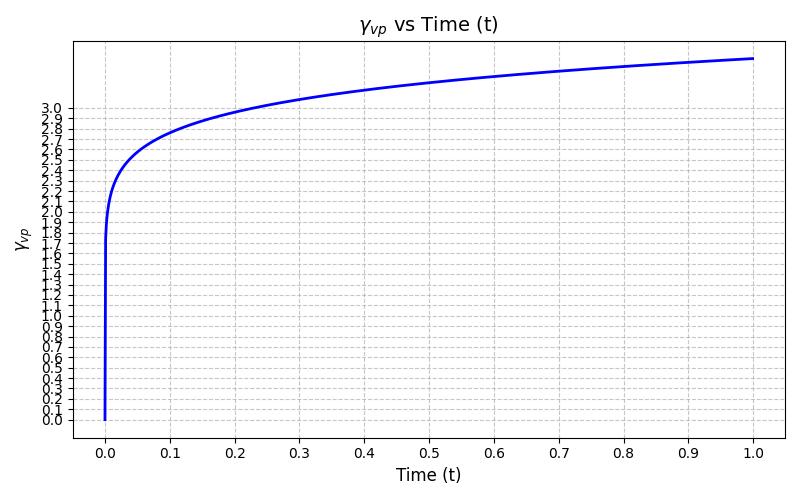
Repository: ajacquey/beaver
Script's output: python examples/viscoelasticity/Lemaitre/Lemaitre_analytical/Lemaitre_analytical.py
These files come from the project's save history. The script's output is drawn as it stood at one moment and after the next save; the edit follows.
Random numbers start from a fixed seed.

Above is the script's output before, as saved 2025-05-28 13:05:24.

### examples/viscoelasticity/Lemaitre/Lemaitre_analytical/Lemaitre_analytical.py
import numpy as np
import matplotlib.pyplot as plt
from openpyxl import Workbook

def calculate_gamma_vp(t, A_r=1, T_r=289, T=289, q=2, A_2=1, alpha=0.1, beta=1.48):
    """Calculate the analytical solution for gamma_vp"""
    exponent = A_r * ((1 / T_r) - (1 / T))
    numerator = 1-alpha * np.exp(exponent)
    denominator = alpha
    first_term = (numerator / denominator) ** alpha
    second_term = (q / A_2) ** beta
    return first_term * second_term * (t ** alpha)

# Time range from 0 to 1 with step 0.1
t_values = np.arange(0, 1.0, 0.001)

# Calculate gamma_vp for each time point
gamma_vp_values = [calculate_gamma_vp(t) for t in t_values]

# --- Save to Excel ---
wb = Workbook()
ws = wb.active
ws.title = "Gamma_vp Results"
ws.append(["Time (t)", "Gamma_vp"])
for t, gamma in zip(t_values, gamma_vp_values):
    ws.append([t, gamma])
wb.save("gamma_vp_results.xlsx")

# --- Create Plot ---
plt.figure(figsize=(8, 5))
plt.plot(t_values, gamma_vp_values, 'b-', linewidth=2)
plt.title(r'$\gamma_{vp}$ vs Time (t)', fontsize=14)
plt.xlabel('Time (t)', fontsize=12)
plt.ylabel(r'$\gamma_{vp}$', fontsize=12)
plt.grid(True, linestyle='--', alpha=0.7)
plt.xticks(np.arange(0, 1.1, 0.1))
plt.yticks(np.arange(0, 3.1, 0.1))
plt.tight_layout()

# Save and show plot
plt.savefig('gamma_vp_plot.png', dpi=300)
plt.show()

print("Results saved to:")
print("- Excel file: 'gamma_vp_results.xlsx'")
print("- Plot: 'gamma_vp_plot.png'")

After the next save:
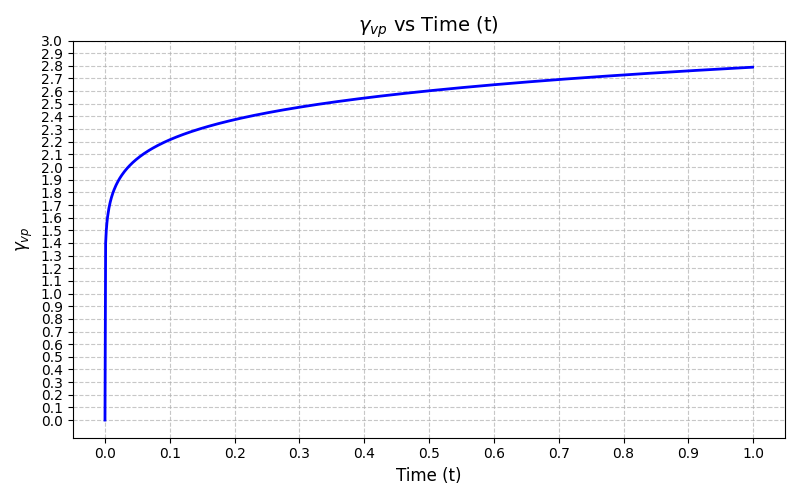
Saved 26 s later.
--- a/examples/viscoelasticity/Lemaitre/Lemaitre_analytical/Lemaitre_analytical.py
+++ b/examples/viscoelasticity/Lemaitre/Lemaitre_analytical/Lemaitre_analytical.py
@@ -5,7 +5,7 @@ from openpyxl import Workbook
 def calculate_gamma_vp(t, A_r=1, T_r=289, T=289, q=2, A_2=1, alpha=0.1, beta=1.48):
     """Calculate the analytical solution for gamma_vp"""
     exponent = A_r * ((1 / T_r) - (1 / T))
-    numerator = 1-alpha * np.exp(exponent)
+    numerator = alpha * np.exp(exponent)
     denominator = alpha
     first_term = (numerator / denominator) ** alpha
     second_term = (q / A_2) ** beta
